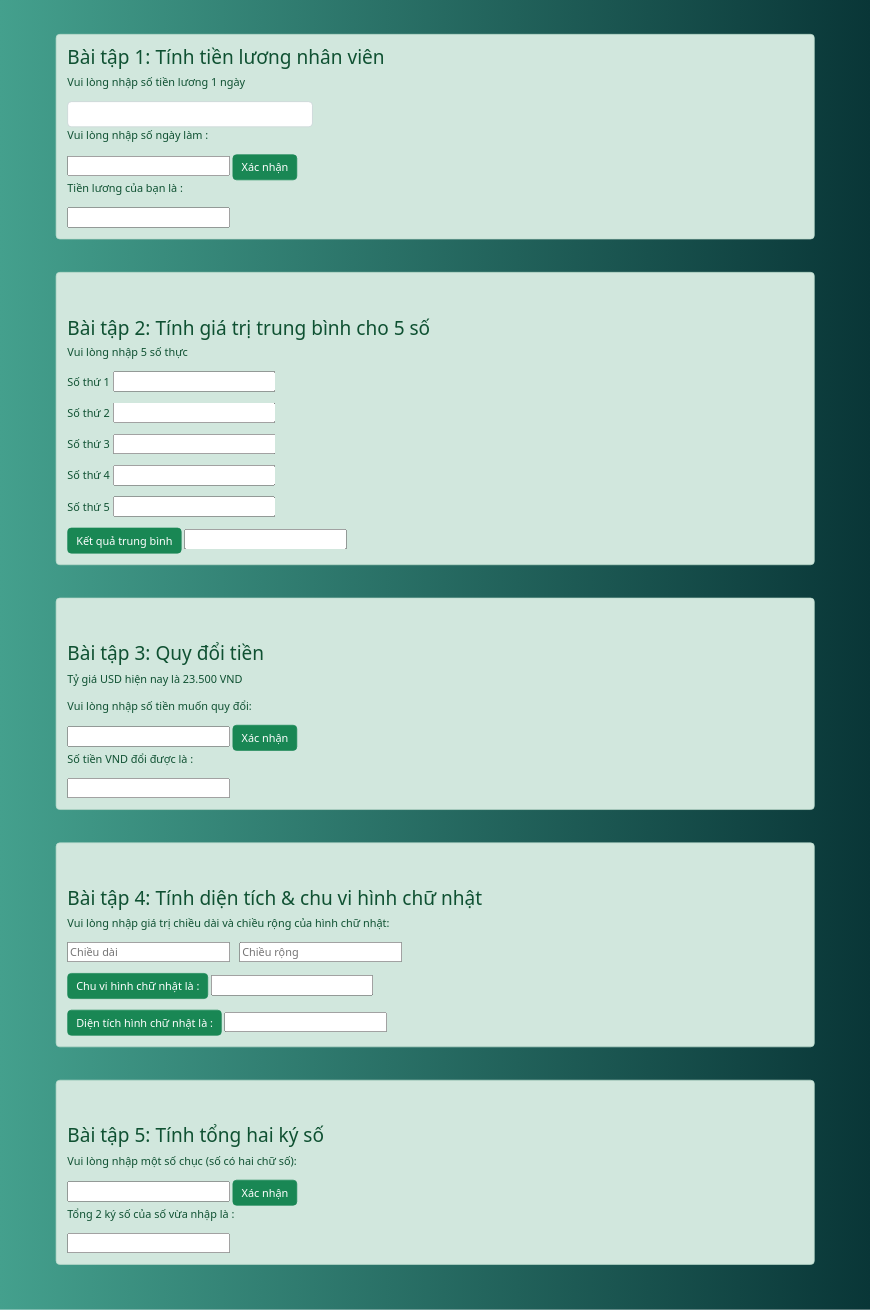
Repository: hcozyph/TranHuuPhuoc_BC43_BT_JS_Buoi2
Page: index.html
The author's editor kept a copy of each file at every save. The page is drawn from the files as they stood at one save, then again after the next save.
The browser window is 1280 px wide. The pictures show the whole page, at 68% of full size.

Above is the page before, as saved 2023-02-03 20:34:43.

After the next save:
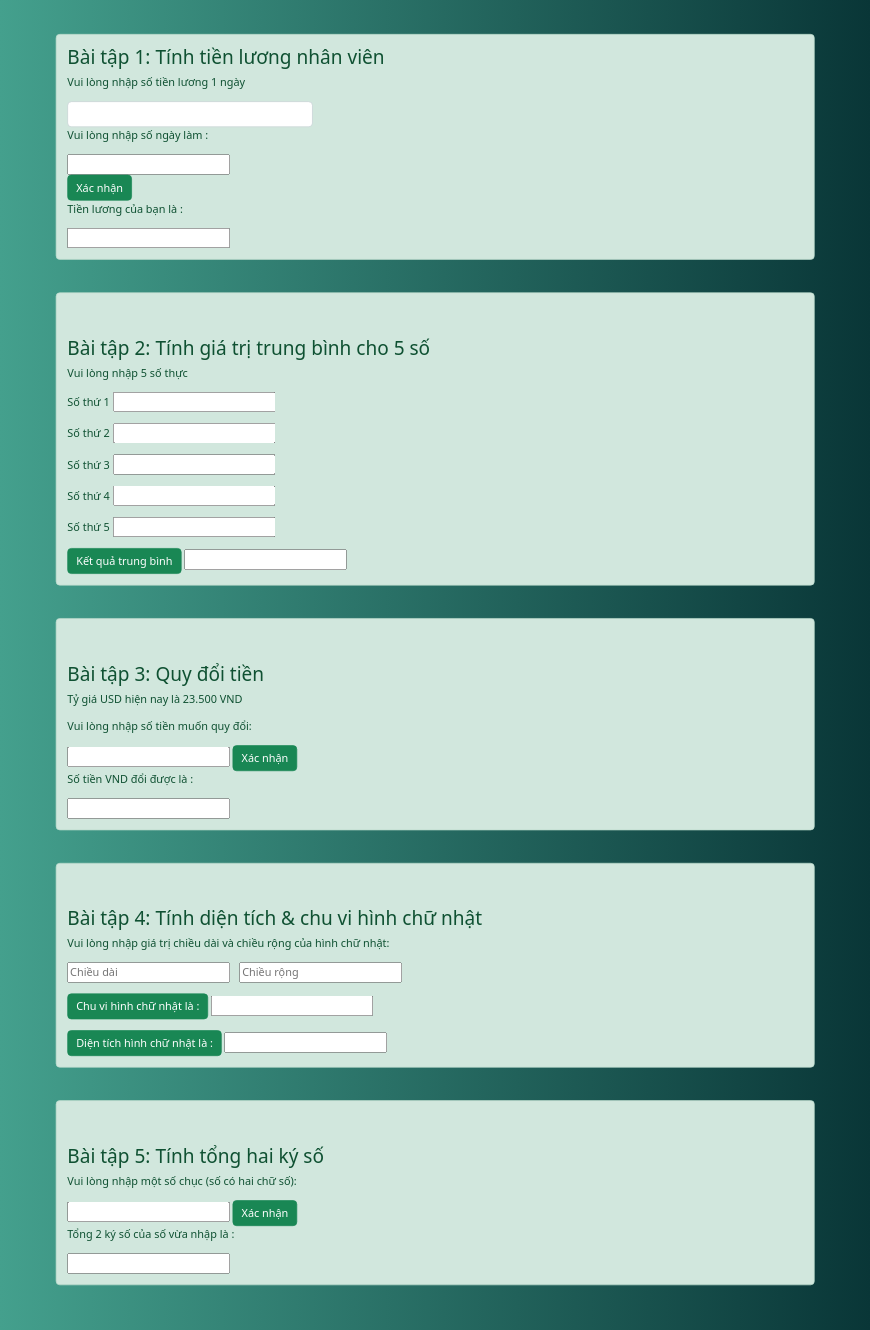
Saved 16 s later.
--- a/index.html
+++ b/index.html
@@ -58,9 +58,12 @@
                         />
                     </div>
 
-                    <div class="col-4"></div>
-                    <p>Vui lòng nhập số ngày làm :</p>
-                    <input type="number" id="soNgayLam" />
+                    <div class="col-4">
+                        <p>Vui lòng nhập số ngày làm :</p>
+
+                        <input type="number" id="soNgayLam" />
+                    </div>
+
                     <button
                         class="btn btn-success"
                         id="btnXacNhan"
